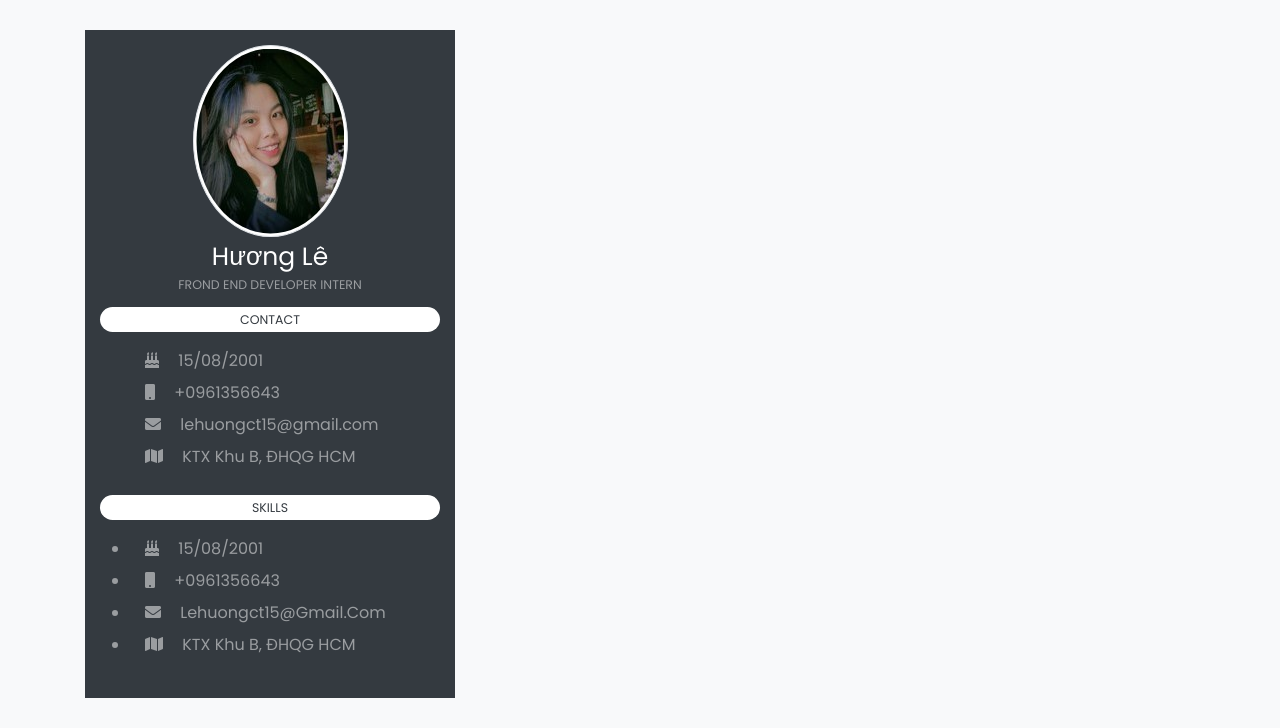
Repository: huongle158/cvhuongle
Page: index.html
These files come from the project's save history. The page is drawn as it stood at one moment and after the next save; the edit follows.
The browser window is 1280 px wide. The pictures show the whole page.
Some web libraries are served in a nearby version.

Above is the page before, as saved 2021-12-12 23:31:09.

After the next save:
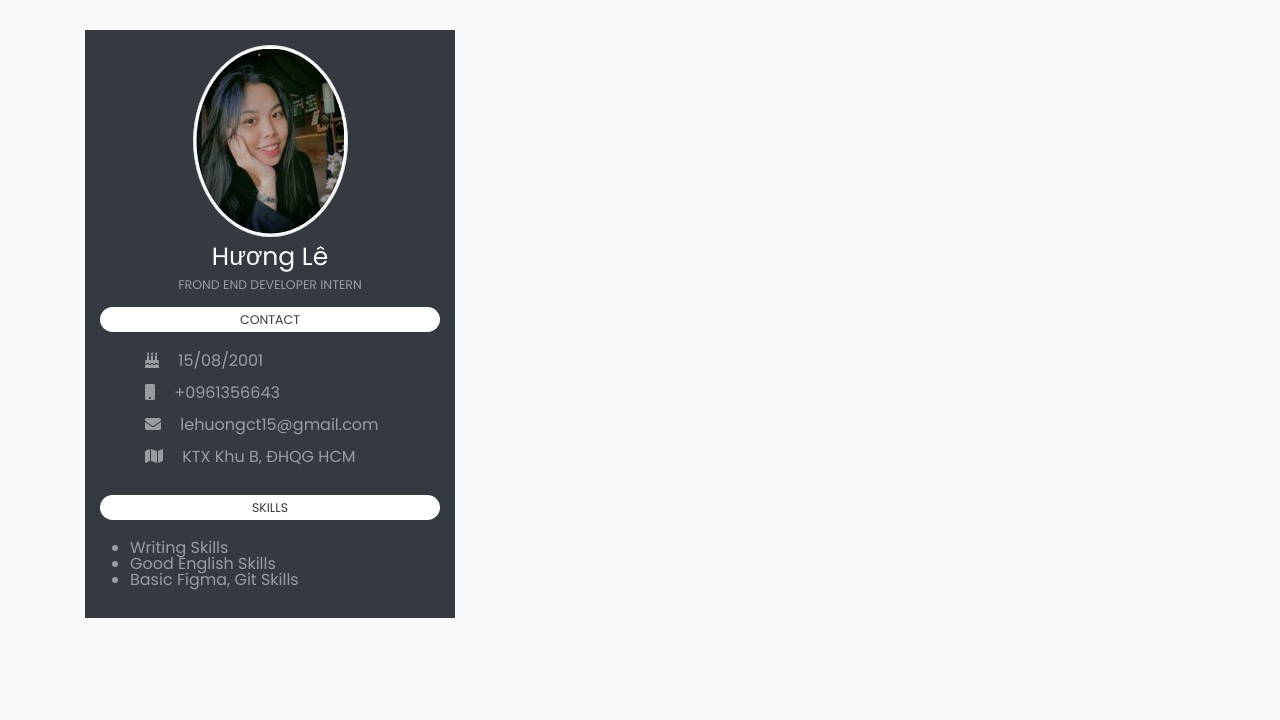
Saved 3 min 51 s later.
--- a/index.html
+++ b/index.html
@@ -64,22 +64,10 @@
           <div>
               <h5 class="text-uppercase bg-white text-dark py-2 rounded-pill mb-4" >skills</h5>
               <ul class="list text-white-50 ml-5 py-2 text-left text-capitalize">
-                  <li class="list-item mb-4">
-                      <i class="fas fa-birthday-cake mx-4"></i>
-                     15/08/2001
-                  </li>
-                  <li class="list-item mb-4">
-                      <i class="fa fa-mobile mx-4"></i>
-                      +0961356643
-                  </li>
-                  <li class="list-item mb-4">
-                      <i class="fa fa-envelope mx-4"></i>
-                      lehuongct15@gmail.com
-                  </li>
-                  <li class="list-item mb-4">
-                      <i class="fa fa-map mx-4"></i>
-                      KTX Khu B, ĐHQG HCM
-                  </li>
+                <li class="list-item">Writing skills</li>
+                <li class="list-item">Good English skills</li>
+                <li class="list-item">Basic Figma, Git skills</li>
+
               </ul>
 
           </div>
